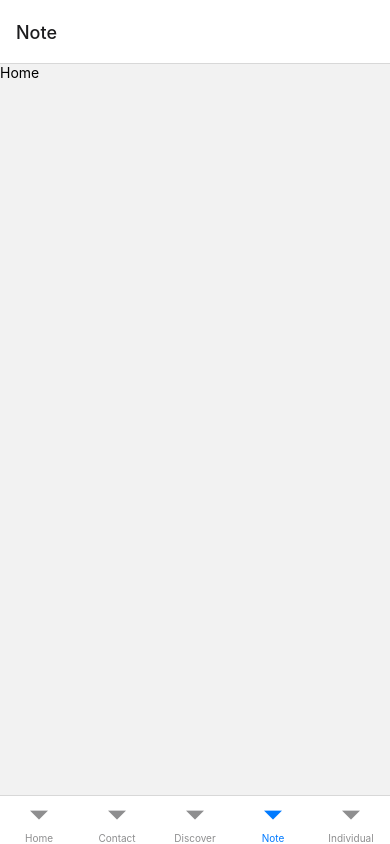
Repository: dinhtq-47/react-native
Screen: /Note
An editor plug-in stored every save of this project. The screen is shown before and after a run of saves, followed by the edit.
The app was drawn by React Native's web renderer in a window 390 px wide. The project was rebuilt for these pictures with package versions that can differ from the ones it lists, and the page was loaded fresh each time. Also part of the build but not shown: screens/Contact.js, screens/Discover.js, screens/Individual.js.

Above is the screen before, as saved 2022-02-16 17:50:52.

After the next 2 saves:
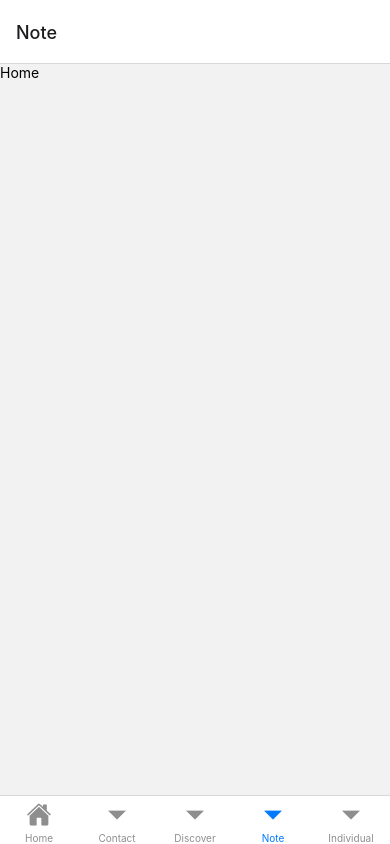
The 2 saves are shown as one change because 1 did not build or start.
The last was saved 2 min 50 s later.
--- a/navigations/Home.js
+++ b/navigations/Home.js
@@ -4,12 +4,22 @@ import Contact from "../screens/Contact";
 import Discover from "../screens/Discover";
 import Note from "../screens/Note";
 import Individual from "../screens/Individual";
+import { Ionicons } from "@expo/vector-icons";
 const Tab = createBottomTabNavigator();
 
 const HomeTab = () => {
   return (
     <Tab.Navigator>
-      <Tab.Screen name="Home" component={Home} />
+      <Tab.Screen
+        name="Home"
+        component={Home}
+        options={{
+          tabBarLabel: "Home",
+          tabBarIcon: ({ color, size }) => (
+            <Ionicons name="home" color={color} size={size} />
+          ),
+        }}
+      />
       <Tab.Screen name="Contact" component={Contact} />
       <Tab.Screen name="Discover" component={Discover} />
       <Tab.Screen name="Note" component={Note} />
